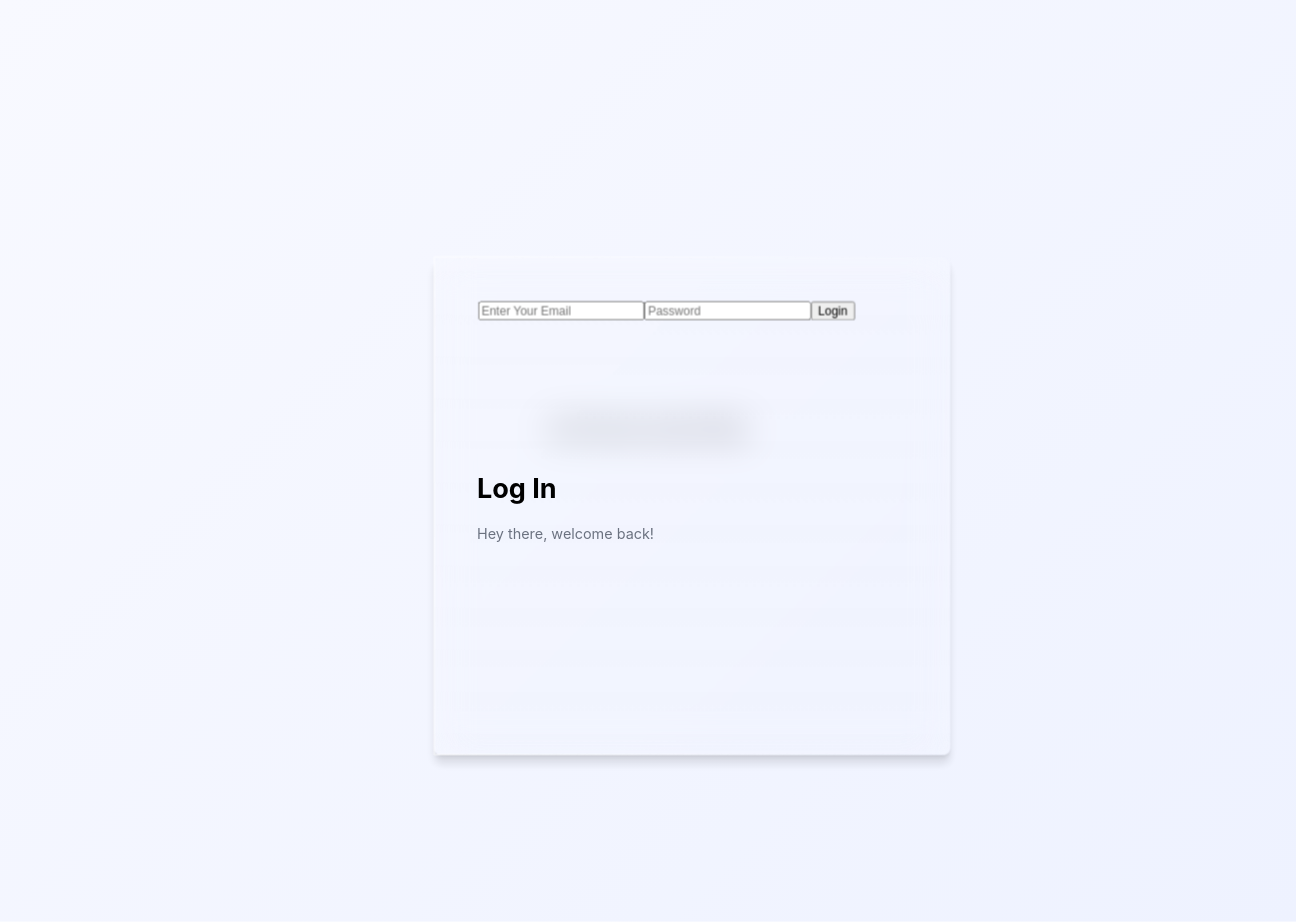
Repository: AfifaNoor/Admin_Panel-React-
Page: /sign-up
These files come from the project's save history. The page is drawn as it stood at one moment and after the next save; the edit follows.
The browser window is 1280 px wide. The page is 1440 px wide, so the pictures cover 1440 px, including what lies to the right of the window. The pictures show the whole page, at 90% of full size.
The project was rebuilt for these pictures with package versions that can differ from the ones it lists, and the page was loaded fresh each time. Also part of the build but not shown: src/SignUp.jsx.

Above is the page before, as saved 2025-07-10 15:46:15.

### src/App.js
import React from 'react'
import LoginPage from './LoginPage'
import { RouterProvider } from 'react-router-dom'
import Router from './Router'

const App = () => {
  return (
    <>
      {/* <RouterProvider router={Router}/> */}
      <LoginPage/>
    </>


  )
}

export default App

### src/LoginPage.jsx
import React, { useState } from 'react'
// import {Navigate, useNavigate} from 'react-router-dom';
import "./LoginPage.css"
import { ToastContainer, toast } from 'react-toastify';
import 'react-toastify/dist/ReactToastify.css';

const LoginPage = () => {
    const[email , setEmail]=useState('')
    const [password , setPassword] = useState('')
    // const navigate= useNavigate();

const handleSubmit =(e)=>{
    e.preventDefault();

 const hardcoreMail="login@gmail.com";
 const hardcorePassword = '1234567'

    if (email=== hardcoreMail && password === hardcorePassword){
        alert("Login Successfull")

    }else{
        alert("Invalid Credential")
    }

}



  return (
 <div className="login-container">

      <div className="signup-redirect">
        <p>
          Don’t have an account?{' '}
          {/* <span className="signup-link" onClick={() => navigate('/sign-up')}> */}
            {/* Sign Up */}
          {/* </span> */}
          <span className="signup-link" >
            Sign
          </span>
        </p>
      </div>

      <div className="title">
        <h1>Log In</h1>
        <p>Hey there, welcome back!</p>
      </div>

    <div>



    </div>

      <form className="login-form" onSubmit={handleSubmit}>
        <input
          type="email"
          className="form-input"
          value={email}
          placeholder="Enter Your Email"
          onChange={(e) => setEmail(e.target.value)}
          required
        />

        <input
          type="password"
          className="form-input"
          placeholder="Password"
          value={password}
          onChange={(e) => setPassword(e.target.value)}
          required
        />

        <button className="login-btn" type="submit">
          Login
        </button>

        {/* <ToastContainer /> */}
      </form>
    </div>
  );
}

export default LoginPage

### src/Router.jsx
import React from 'react';
import { createBrowserRouter , createRoutesFromElements , Route } from 'react-router-dom';
import LoginPage from './LoginPage';
import SignUp from './SignUp';

const Router = createBrowserRouter(
  createRoutesFromElements(
    <>

      <Route path='/sign-up' element={<SignUp/>}/>
      <Route path='login-page' element={<LoginPage/>}/>
    </>
  )
)

export default Router;

### src/LoginPage.css
.login-container {
  width: 1440px;
  height: 1024px;
  /* background: #FFFFFF; */
  opacity: 1;
  transform: rotate(0deg);
  display: flex;
  justify-content: center;
  align-items: center;
  background: linear-gradient(135deg, #f8f9ff, #eef2ff);
  flex-direction: column;
  /* font-family: 'Inter','sans-serif'; */
  position: relative;


}

.login-form{
  width: 476px;
  height: 456px;
  position: absolute;
  top: 284.5px;
  left: 482px;
  border-radius: 8px;
  padding: 48px;
  gap: 10px;
  opacity: 1;

  z-index: 2;

  background: linear-gradient(180deg, rgba(255, 255, 255, 0) -9.58%, rgba(255, 255, 255, 0.052) 100%);
  border: 1px solid transparent;
  border-image-source: linear-gradient(93.78deg, #FFFFFF 8.04%, rgba(255, 255, 255, 0) 100%);
  border-image-slice: 1;


-webkit-backdrop-filter: blur(20px);
backdrop-filter: blur(20px);

box-shadow:
  0px 10px 10px 0px rgba(0, 0, 0, 0.10),
  0px 4px 4px 0px rgba(0, 0, 0, 0.05),
  0px 1px 0px 0px rgba(0, 0, 0, 0.05),
  inset 0px 20px 50px 0px rgba(255, 255, 255, 0.15);




}

.title{
  z-index: 3;
  width: 380px;
  height: 72px;
  opacity: 1;
  gap: 10px;

}

.title h1 {
width: 380px;
height: 40px;
font-family: 'Inter', sans-serif;
font-weight: 600px;
font-size: 30px;
line-height: 40px;
letter-spacing: -1%;
}

.title p{
  font-size: 16px;
  font-style: Inter;
  font-weight: 400px;
  font-style:normal;
  line-height: 22px;
  letter-spacing: -1%;
  color: rgba(107, 114, 128, 1);

}

Loaded but not shown: public/index.html (common file); src/index.js (common file); src/index.css (common file); src/reportWebVitals.js (common file)

After the next save:
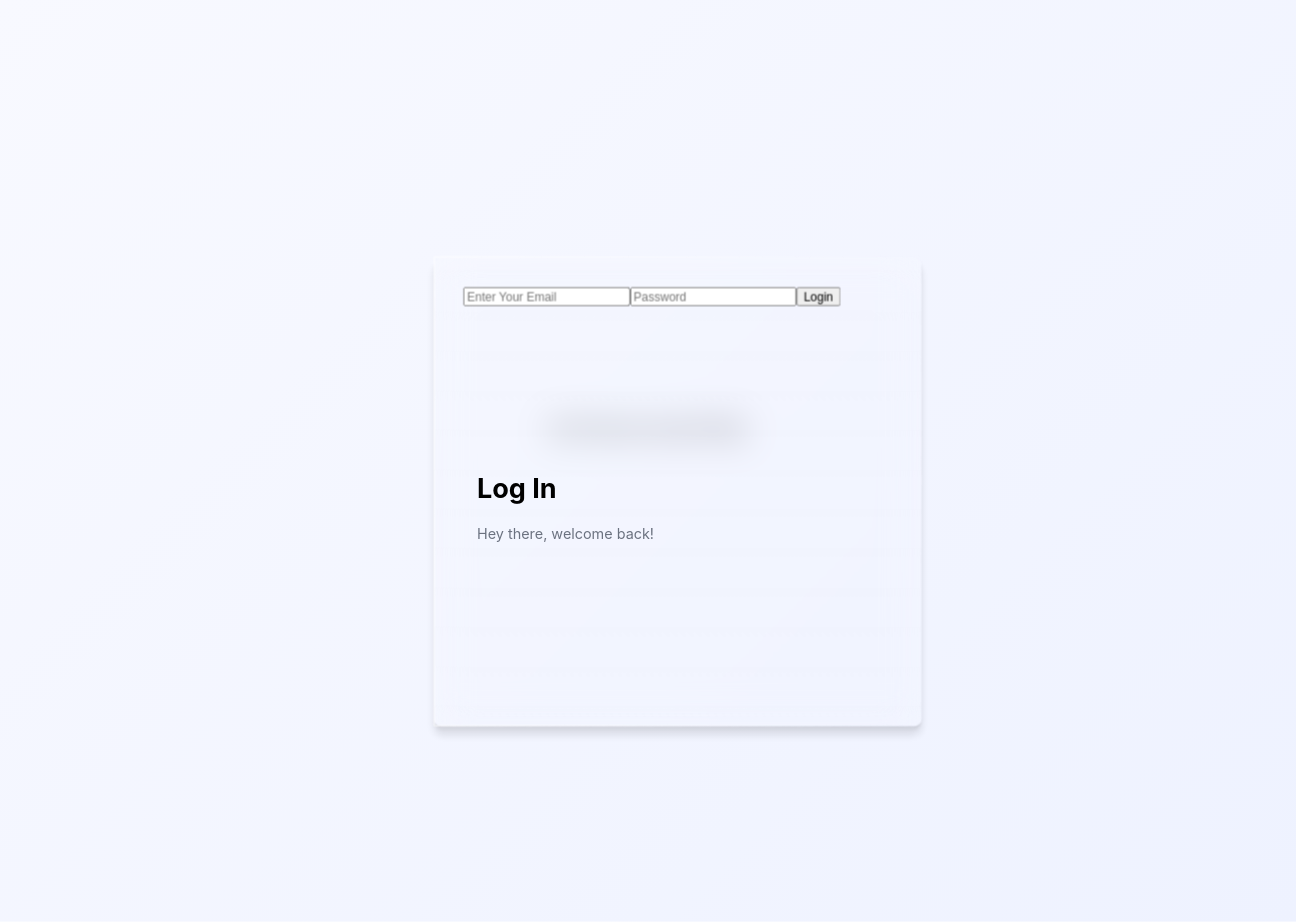
Saved 36 s later.
--- a/src/LoginPage.css
+++ b/src/LoginPage.css
@@ -22,7 +22,7 @@
   top: 284.5px;
   left: 482px;
   border-radius: 8px;
-  padding: 48px;
+  padding: 32px;
   gap: 10px;
   opacity: 1;
 
